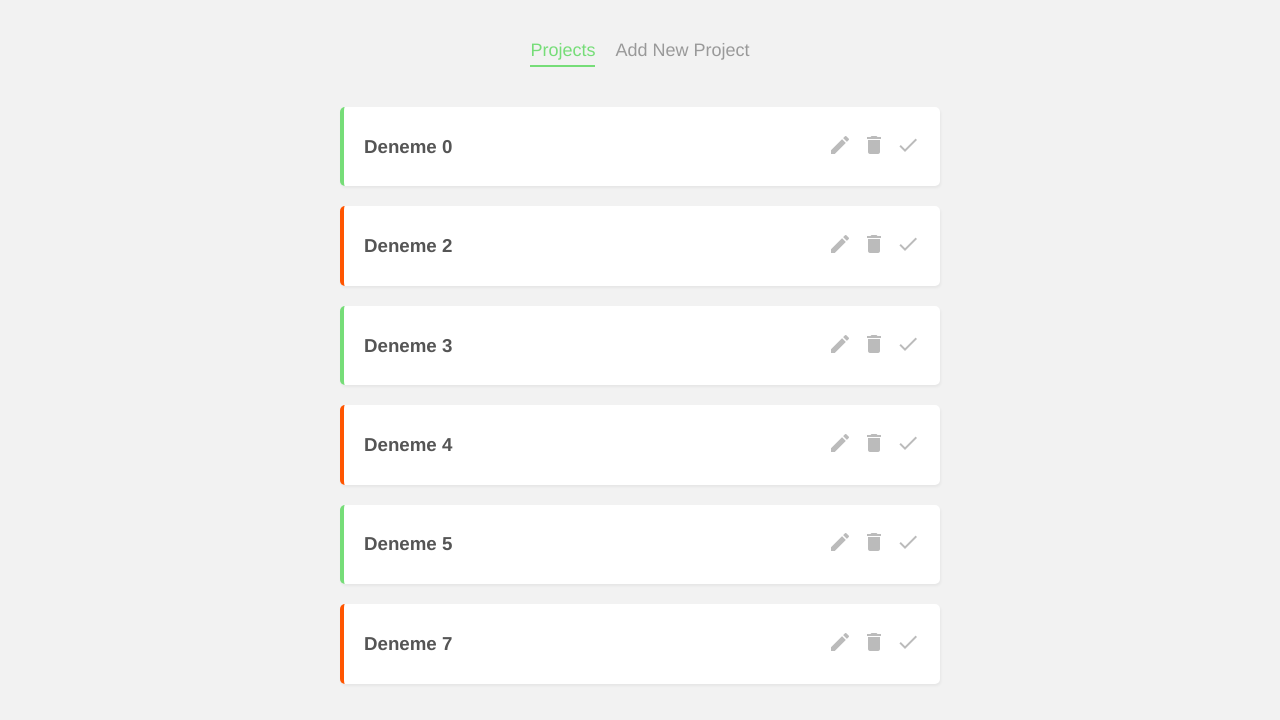
Repository: sercanisli/task-app
Page: /
An editor plug-in stored every save of this project. The page is shown before and after the next save, followed by the edit.
The browser window is 1280 px wide. The pictures show the whole page.
The project was rebuilt for these pictures with package versions that can differ from the ones it lists, and the page was loaded fresh each time. Requests to the local data server were answered from the project's data file. Also part of the build but not shown: vue.config.js. Imported but missing from the stored project, and not drawn on this page: src/views/AddProject.vue.

Above is the page before, as saved 2024-04-29 20:54:09.

### public/index.html
<!DOCTYPE html>
<html lang="">
  <head>
    <meta charset="utf-8">
    <meta http-equiv="X-UA-Compatible" content="IE=edge">
    <meta name="viewport" content="width=device-width,initial-scale=1.0">
    <link rel="icon" href="<%= BASE_URL %>favicon.ico">
    <title><%= htmlWebpackPlugin.options.title %></title>
    <link href="https://fonts.googleapis.com/icon?family=Material+Icons"
      rel="stylesheet">
  </head>
  <body>
    <noscript>
      <strong>We're sorry but <%= htmlWebpackPlugin.options.title %> doesn't work properly without JavaScript enabled. Please enable it to continue.</strong>
    </noscript>
    <div id="app"></div>
    <!-- built files will be auto injected -->
  </body>
</html>

### src/App.vue
<template>
  <div>
    <Navbar />
    <router-view/>
  </div>
</template>

<script>
import Navbar from "./components/Navbar.vue";
  export default {
    components:{
      Navbar
    }
  }
</script>

<style>
body{
  background: #f2f2f2;
}
#app {
  font-family: Avenir, Helvetica, Arial, sans-serif;
  -webkit-font-smoothing: antialiased;
  -moz-osx-font-smoothing: grayscale;
  max-width: 600px;
  margin: 0 auto;
  color: #555;
}
</style>

### src/router/index.js
import { createRouter, createWebHistory } from 'vue-router'
import Home from '../views/Home.vue'

const routes = [
  {
    path: '/',
    name: 'home',
    component: Home
  },
  {
    path: '/add',
    name: 'AddProject',
    component: () => import('../views/AddProject.vue')
  },
  {
    path: '/project/:id',
    name: 'EditProject',
    component: () => import('../views/EditProject.vue'),
    props:true
  }
]

const router = createRouter({
  history: createWebHistory(process.env.BASE_URL),
  routes
})

export default router

### src/components/Navbar.vue
<template>
    <nav class="main-nav">
      <router-link :to="{ name: 'home' }">Projects</router-link>
      <router-link :to="{ name: 'AddProject' }">Add New Project</router-link>
    </nav>
  </template>

  <script>
  export default {};
  </script>

  <style>
  .main-nav {
    text-align: center;
    margin: 40px auto;
  }
  .main-nav a {
    display: inline-block;
    text-decoration: none;
    margin: 0 10px;
    color: #999;
    font-size: 18px;
  }
  a.router-link-active {
    border-bottom: 2px solid #76dd78;
    padding-bottom: 4px;
    color: #76dd78;
  }
  </style>

### src/views/Home.vue
<template>
  <div class="home">
    <div v-if="projects.length">
      <div v-for="prj in projects" :key="prj.id">
        <SingleProject
          :project="prj"
          @delete="handleDelete"
          @complete="handleComplete"
        />
      </div>
    </div>
  </div>
</template>

<script>
import SingleProject from '../components/SingleProject'
import FilterNav from '../components/FilterNav.vue'
export default {
  name: 'Home',
  components: {
    SingleProject,
    FilterNav
  },
  data(){
    return{
      projects:[]
    }
  },
  mounted(){
    fetch('http://localhost:3000/projects')
      .then(response => response.json())
      .then(data => this.projects = data)
      .catch(error => console.log(error.message))
  },
  methods: {
    handleDelete(id){
      this.projects = this.projects.filter((project) => project.id !== id)
    },
    handleComplete(id){
      let p = this.projects.find(prj => prj.id === id );
      p.complete = !p.complete;
    }
  },
}
</script>

<style >
.project {
  margin: 20px auto;
  background: #fff;
  padding: 10px 20px;
  border-radius: 5px;
  box-shadow: 1px 2px 3px rgba(0, 0, 0, 0.05);
  border-left: 4px solid #ff5500;
}
h3 {
  cursor: pointer;
}
.actions {
  display: flex;
  justify-content: space-between;
  align-items: center;
}
.material-icons {
  font-size: 24px;
  margin-left: 10px;
  color: #bbb;
  cursor: pointer;
}
.material-icons:hover {
  color: #777;
}
.project.complete {
  border-left: 4px solid #76dd78;
}
.project.complete .tick {
  color: #76dd78;
}
</style>

### src/components/SingleProject.vue
<template>
  <div class="project" :class="{ complete: project.complete }">
    <div class="actions">
        <h3 @click="showDetails = !showDetails">{{ project.title }}</h3>
        <div class="icons">
          <router-link :to="{name:'EditProject', params:{id:project.id}}">
            <span class="material-icons">edit</span>
          </router-link>
            <span @click="deleteProject" class="material-icons">delete</span>
            <span @click="toggleComplete" class="material-icons">done</span>
        </div>
    </div>
    <div v-if="showDetails" class="details">
        <p>{{ project.details }}</p>
    </div>
  </div>
</template>

<script>
export default {
    props:['project'],
    data(){
        return {
            showDetails: false,
            uri:"http://localhost:3000/projects/" + this.project.id,
        };
    },
    methods:{
      deleteProject(){
        fetch(this.uri, {method:"DELETE"})
          .then(() => this.$emit("delete", this.project.id))
          .catch((err) => console.log(err));
      },
      toggleComplete(){
        fetch(this.uri, {
          method:'PATCH',
          headers: { "Content-Type": "application/json" },
          body: JSON.stringify({ complete: !this.project.complete }),
        })
          .then(() => this.$emit("complete", this.project.id))
          .catch((err) => console.log(err));
      }
    },
};
</script>

<style>
.project {
    margin: 20px auto;
    background: #fff;
    padding: 10px 20px;
    border-radius: 5px;
    box-shadow: 1px 2px 3px rgba(0, 0, 0, 0.05);
    border-left: 4px solid #ff5500;
  }
  h3 {
    cursor: pointer;
  }
  .actions {
    display: flex;
    justify-content: space-between;
    align-items: center;
  }
  .material-icons {
    font-size: 24px;
    margin-left: 10px;
    color: #bbb;
    cursor: pointer;
  }
  .material-icons:hover {
    color: #777;
  }
  .project.complete {
    border-left: 4px solid #76dd78;
  }
  .project.complete .tick {
    color: #76dd78;
  }
</style>

### data/db.json
{
    "projects": [
      {
        "id": 1,
        "title": "Deneme 0",
        "details": "Lorem Ipsum is simply Lorem Ipsum has been the industry's standard dummy text ever since the 1500s, when an unknown printer took a galley of type and scrambled it to make a type specimen book. aaaaaaaaaaaa",
        "complete": true
      },
      {
        "id": 2,
        "title": "Deneme 2",
        "details": "Lorem Ipsum is simply dummy text of the printing and typesetting industry. Lorem Ipsum has been the industry's standard dummy text ever since the 1500s, when an unknown printer took a galley of type and scrambled it to make a type specimen book.",
        "complete": false
      },
      {
        "id": 3,
        "title": "Deneme 3",
        "details": "Lorem Ipsum has been the industry's standard dummy text ever since the 1500s, when an unknown printer took a galley of type and scrambled it to make a type specimen book.",
        "complete": true
      },
      {
        "id": 4,
        "title": "Deneme 4",
        "details": "Lorem Ipsum is simply dummy text of the printing and typesetting industry. Lorem Ipsum has been the industry's standard dummy text ever since the 1500s.",
        "complete": false
      },
      {
        "title": "Deneme 5",
        "details": "asfasdf gsdg erhdshs thfsgh",
        "complete": true,
        "id": 5
      },
      {
        "title": "Deneme 7",
        "details": "fdgdfg dfhfdgh sfdhsh srthsfhg",
        "complete": false,
        "id": 6
      }
    ]
  }

### src/components/FilterNav.vue
<template>
    <nav class="filter-nav">
      <button @click="updateFilter('all')" :class="{ active: current === 'all' }">
        All
      </button>
      <button
        @click="updateFilter('completed')"
        :class="{ active: current === 'completed' }"
      >
        Complated
      </button>
      <button
        @click="updateFilter('ongoing')"
        :class="{ active: current === 'ongoing' }"
      >
        Ongoing
      </button>
    </nav>
  </template>

  <script>
  export default {
    props: ["current"],
    methods: {
      updateFilter(by) {
        this.$emit("filterChange", by);
      },
    },
  };
  </script>

  <style>
  .filter-nav button {
    background: none;
    border: none;
    color: #bbb;
    outline: none;
    font-size: 12px;
    text-transform: uppercase;
    margin-right: 10px;
    letter-spacing: 1px;
    font-weight: bold;
    cursor: pointer;
  }
  .filter-nav button.active {
    color: #555;
  }
  </style>

Loaded but not shown: src/main.js (common file)

After the next save:
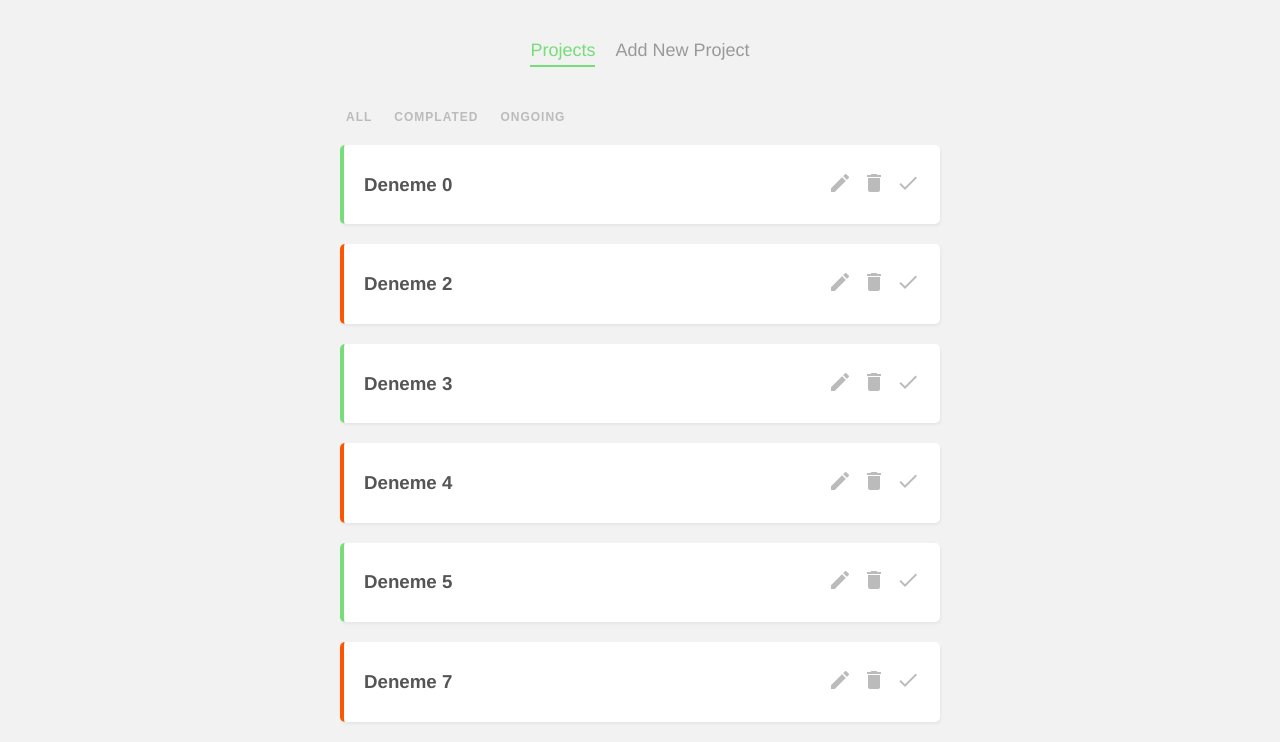
Saved 34 s later.
--- a/src/views/Home.vue
+++ b/src/views/Home.vue
@@ -1,5 +1,6 @@
 <template>
   <div class="home">
+    <FilterNav />
     <div v-if="projects.length">
       <div v-for="prj in projects" :key="prj.id">
         <SingleProject
